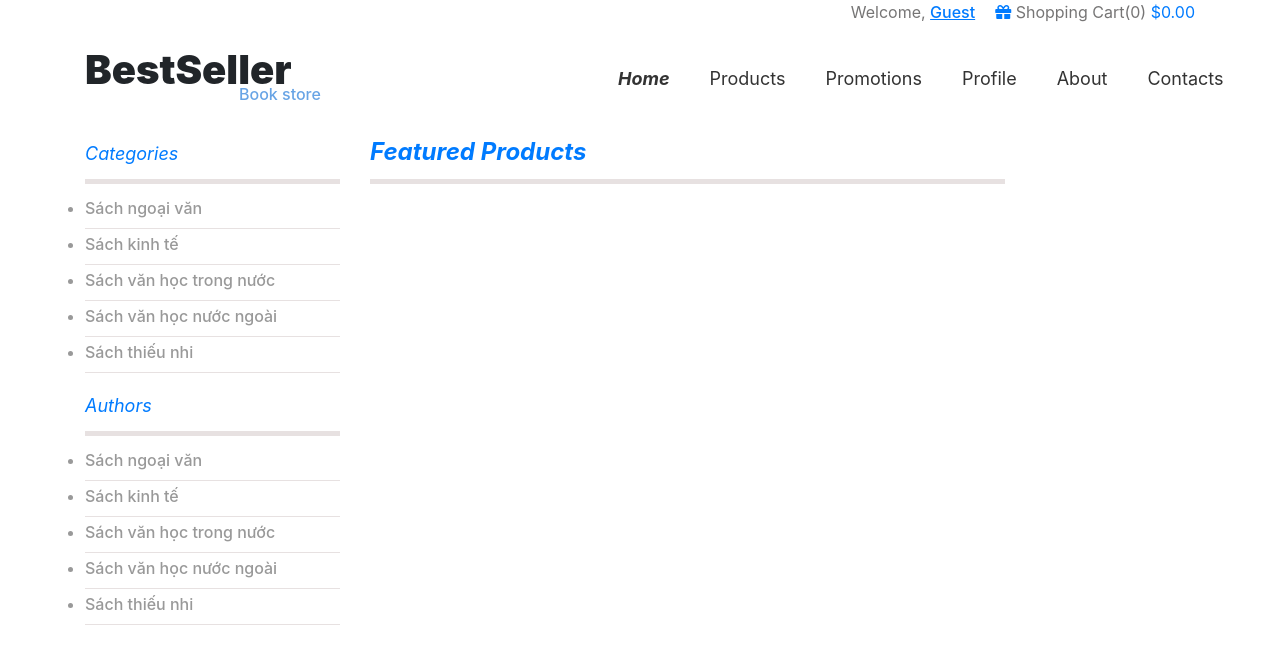
Repository: phunobi1807/BestSeller
Page: index.html
An editor plug-in stored every save of this project. The page is shown before and after the next save, followed by the edit.
The browser window is 1280 px wide. The pictures show the whole page.

Above is the page before, as saved 2021-06-28 23:35:55.

### index.html
<!DOCTYPE html>
<html lang="en">
<head>
    <meta charset="UTF-8">
    <meta http-equiv="X-UA-Compatible" content="IE=edge">
    <meta name="viewport" content="width=device-width, initial-scale=1.0">
    <title>BestSeller</title>
    <link rel="stylesheet" href="./css/style.css">
</head>
<body>
    <header id="header">
        <div class="container">
            <div class="top-header">
                <div class="top-nav">
                    <p class="top-nav__text">Welcome, <a href="#" class="top-nav__text-link">Guest</a></p>
                    <div class="top-nav__shopping-cart">
                        <i  class="top-nav__icon fas fa-gift"></i>
                        <span class="top-nav__cart">Shopping Cart(0) <a href="#">$0.00</a></span>
                    </div>
                </div>
                <div class="navigation">
                    <div class="row">
                        <div class="col-lg-4">
                            <div class="navigation-logo">
                                <div class="navigation-logo__text">
                                    <span class="navigation-logo__text-big">BestSeller</span>
                                    <span class="navigation-logo__text-small">Book store</span>
                                </div>
                            </div>
                        </div>
                        <div class="col-lg-6">
                           <ul class="navigation-menu">
                               <li class="navigation-menu__item navigation-menu__item--active" >Home</li>
                               <li class="navigation-menu__item">Products</li>
                               <li class="navigation-menu__item">Promotions</li>
                               <li class="navigation-menu__item">Profile</li>
                               <li class="navigation-menu__item">About</li>
                               <li class="navigation-menu__item">Contacts</li>
                           </ul>
                        </div>
                    </div>
                </div>
            </div>
        </div>
    </header>
    <div id="content">
        <div class="container">
            <div class="row">
                <div class="col-sm-3">
                    <div class="side-bar">
                        <p class="side-bar__title side-bar__title--one">
                            Categories
                        </p>
                        <ul class="side-bar__list side-bar__list--one">
                            <li class="side-bar__list-item">Sách ngoại văn</li>
                            <li class="side-bar__list-item">Sách kinh tế</li>
                            <li class="side-bar__list-item">Sách văn học trong nước</li>
                            <li class="side-bar__list-item">Sách văn học nước ngoài</li>
                            <li class="side-bar__list-item">Sách thiếu nhi</li>
                        </ul>
                        <p class="side-bar__title side-bar__title--two">
                            Authors
                        </p>
                        <ul class="side-bar__list side-bar__list--two">
                            <li class="side-bar__list-item">Sách ngoại văn</li>
                            <li class="side-bar__list-item">Sách kinh tế</li>
                            <li class="side-bar__list-item">Sách văn học trong nước</li>
                            <li class="side-bar__list-item">Sách văn học nước ngoài</li>
                            <li class="side-bar__list-item">Sách thiếu nhi</li>
                        </ul>
                    </div>
                </div>
                <div class="col-sm-7">
                    <div class="products">
                        <p class="product__title">
                            Featured Products
                        </p>
                    </div>
                </div>
            </div>
        </div>
    </div>
<link rel="stylesheet" href="https://use.fontawesome.com/releases/v5.15.3/css/all.css" integrity="sha384-SZXxX4whJ79/gErwcOYf+zWLeJdY/qpuqC4cAa9rOGUstPomtqpuNWT9wdPEn2fk" crossorigin="anonymous">
<link rel="stylesheet" href="https://maxcdn.bootstrapcdn.com/bootstrap/4.5.2/css/bootstrap.min.css">
<script src="https://ajax.googleapis.com/ajax/libs/jquery/3.5.1/jquery.min.js"></script>
<script src="https://cdnjs.cloudflare.com/ajax/libs/popper.js/1.16.0/umd/popper.min.js"></script>
<script src="https://maxcdn.bootstrapcdn.com/bootstrap/4.5.2/js/bootstrap.min.js"></script>
</body>
</html>

### css/style.css
@import url(https://fonts.googleapis.com/css2?family=Roboto:wght@100;200;300;400;500;600;800;900&display=swap);
:root {
    --color-primary: #007bff;
}

* {
    box-sizing: inherit;
}

html {
    box-sizing: border-box;
    margin: 0;
    font-family: 'Roboto', sans-serif;
}

/* top nav  */

.top-nav {
    display: flex;
    justify-content: flex-end;
}

.top-nav__text {
    padding: 0 20px;
}

.top-nav__text-link {
    font-weight: 500;
    text-decoration: underline;
}

.top-nav__text, .top-nav__cart {
    color: #767575;
}

.top-nav__icon {
    color: var(--color-primary);
}

/* logo-menu  */

.navigation-logo {
    position: relative;
}

.navigation-logo__text-big {
    font-size: 40px;
    font-weight: 900;
}

.navigation-logo__text-small {
    position: absolute;
    bottom: 0;
    left: 44%;
    top: 70%;
    color: #68a4e5;
    font-weight: 500;
}

/* Danh sach menu  */

.navigation-menu {
    display: flex;
    line-height: 78px;
    list-style: none;
    padding: 0 133px;
}

.navigation-menu__item--active {
    font-style: italic;
    font-weight: bold;
}

.navigation-menu__item {
    font-size: 18px;
    color: #333;
    margin: 0 20px;
}

/* Content  */

.side-bar__title {
    position: relative;
    color: var(--color-primary);
    line-height: 40px;
    font-size: 18px;
    font-style: italic;
}

.side-bar__title--one {}

.product__title {
    position: relative;
    color: var(--color-primary);
    font-weight: 700;
    font-style: italic;
    font-size: 24px;
}

.side-bar__title::after {
    position: absolute;
    content: "";
    left: 0;
    top: 45px;
    width: 100%;
    height: 5px;
    background-color: #e7e1e1;
}

.product__title::after {
    position: absolute;
    content: "";
    left: 0;
    top: 45px;
    width: 100%;
    height: 5px;
    background-color: #e7e1e1;
}

/* Side bar */

.side-bar__list {
    padding-left: 0;
}

.side-bar__list-item {
    position: relative;
    padding: 6px 0;
    color: #999;
    font-weight: 500;
    /* list-style: none; */
    /* display: flex;
    align-items: center; */
}

/* .side-bar__list-item::before {
    content: '\2022 ';
    color: #333;
    padding-right: 0.5em;
} */

.side-bar__list-item::after {
    position: absolute;
    content: "";
    left: -0px;
    bottom: -3px;
    width: 255px;
    height: 1px;
    background-color: #e7e1e1;
}

After the next save:
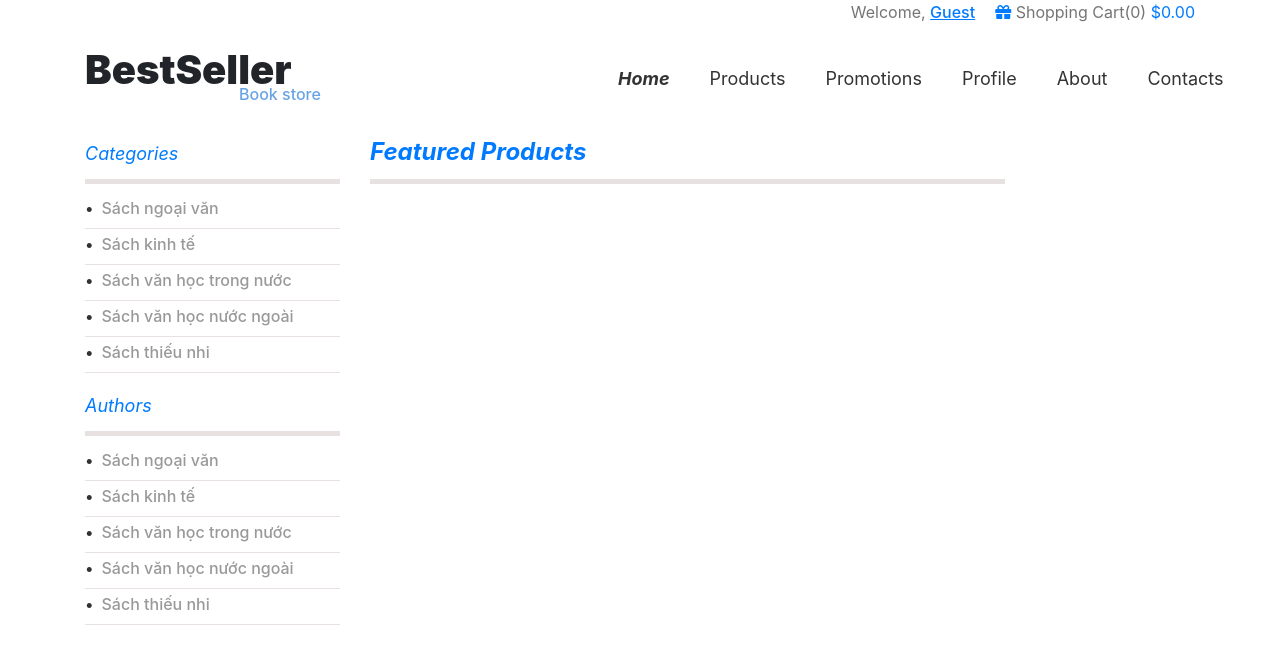
Saved 10 s later.
--- a/css/style.css
+++ b/css/style.css
@@ -128,16 +128,16 @@ html {
     padding: 6px 0;
     color: #999;
     font-weight: 500;
-    /* list-style: none; */
-    /* display: flex;
-    align-items: center; */
+    list-style: none;
+    display: flex;
+    align-items: center;
 }
 
-/* .side-bar__list-item::before {
+.side-bar__list-item::before {
     content: '\2022 ';
     color: #333;
     padding-right: 0.5em;
-} */
+}
 
 .side-bar__list-item::after {
     position: absolute;
